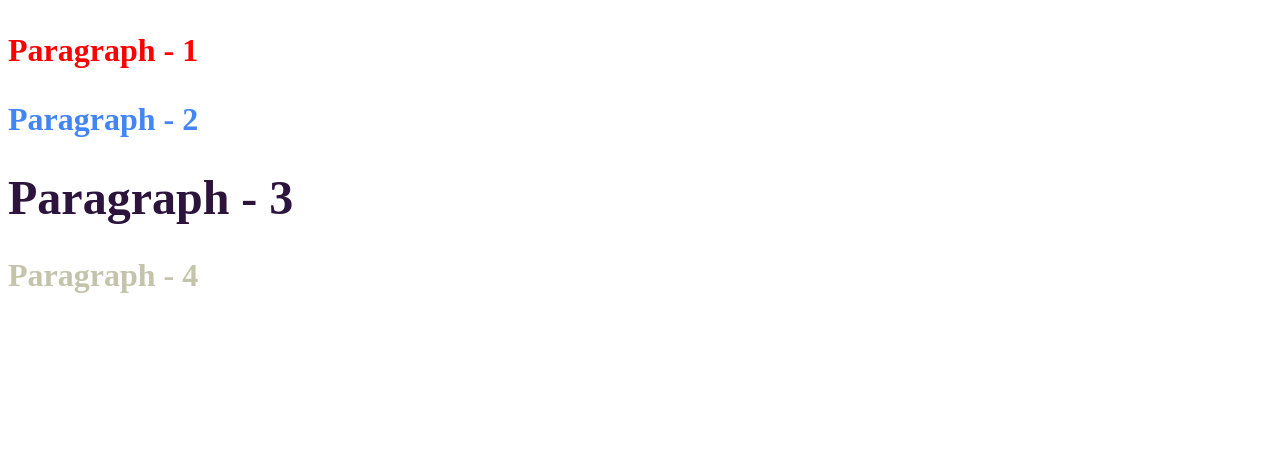
Repository: linas-dev/HTML-CSS-Projects
Page: Basic_HTML_and_JavaScript_1/Basic_HTML_1.html
An editor plug-in stored every save of this project. The page is shown before and after the next save, followed by the edit.
The browser window is 1280 px wide. The pictures show the whole page.

Above is the page before, as saved 2021-05-26 22:24:43.

### Basic_HTML_and_JavaScript_1/Basic_HTML_1.html
<!DOCTYPE html>
<html lang="en">
<head>
    <meta charset="UTF-8">
    <meta http-equiv="X-UA-Compatible" content="IE=edge">
    <meta name="viewport" content="width=device-width, initial-scale=1.0">
    <title>Document</title>
</head>
<body>
    <h1><p><font color="red">Paragraph - 1</font></p></h1>
    <h1><p><font color="#4285F4">Paragraph - 2</font></p></h1>
    <h1><p><font color="#2C143D" face="Pattaya" size="8">Paragraph - 3</font></p></h1>
    <h1><p><font color="#C4C3AB" face="ZCOOL KuaiLe" size="6">Paragraph - 4</font></p></h1>
    <script src="Basic_JavaScript_1.js"></script>
</body>
</html>

### Basic_HTML_and_JavaScript_1/Basic_JavaScript_1.js
function My_First_Function(){
    var String = "Kiss me, I'm Irish!";
    var result = String.fontcolor("blue");
    document.getElementById("Irish").innerHTML = result;
}

After the next save:
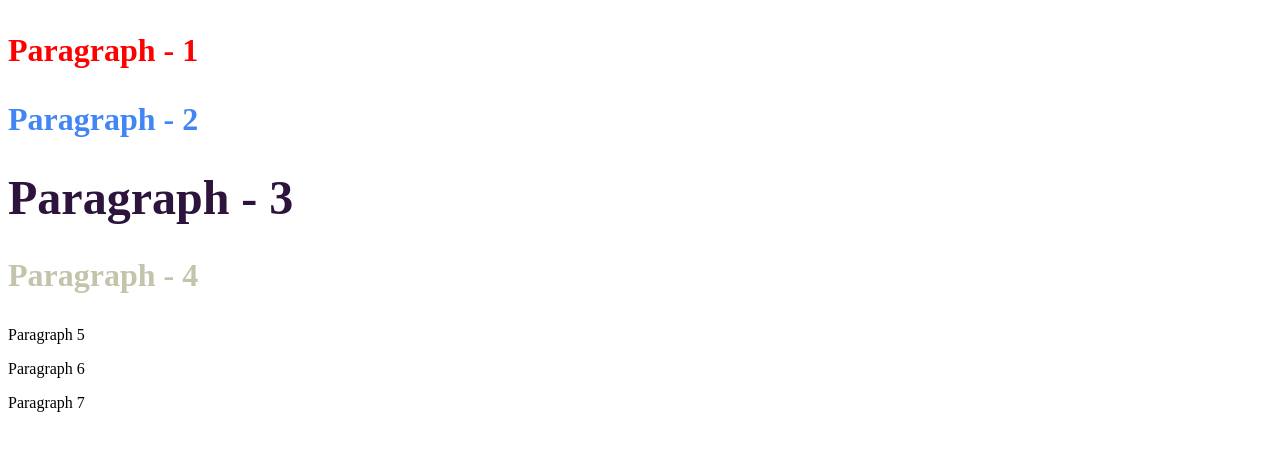
Saved 4 min 34 s later.
--- a/Basic_HTML_and_JavaScript_1/Basic_HTML_1.html
+++ b/Basic_HTML_and_JavaScript_1/Basic_HTML_1.html
@@ -11,6 +11,10 @@
     <h1><p><font color="#4285F4">Paragraph - 2</font></p></h1>
     <h1><p><font color="#2C143D" face="Pattaya" size="8">Paragraph - 3</font></p></h1>
     <h1><p><font color="#C4C3AB" face="ZCOOL KuaiLe" size="6">Paragraph - 4</font></p></h1>
+
+    <p>Paragraph 5</p>
+    <p>Paragraph 6</p>
+    <p>Paragraph 7</p>
     <script src="Basic_JavaScript_1.js"></script>
 </body>
 </html>
